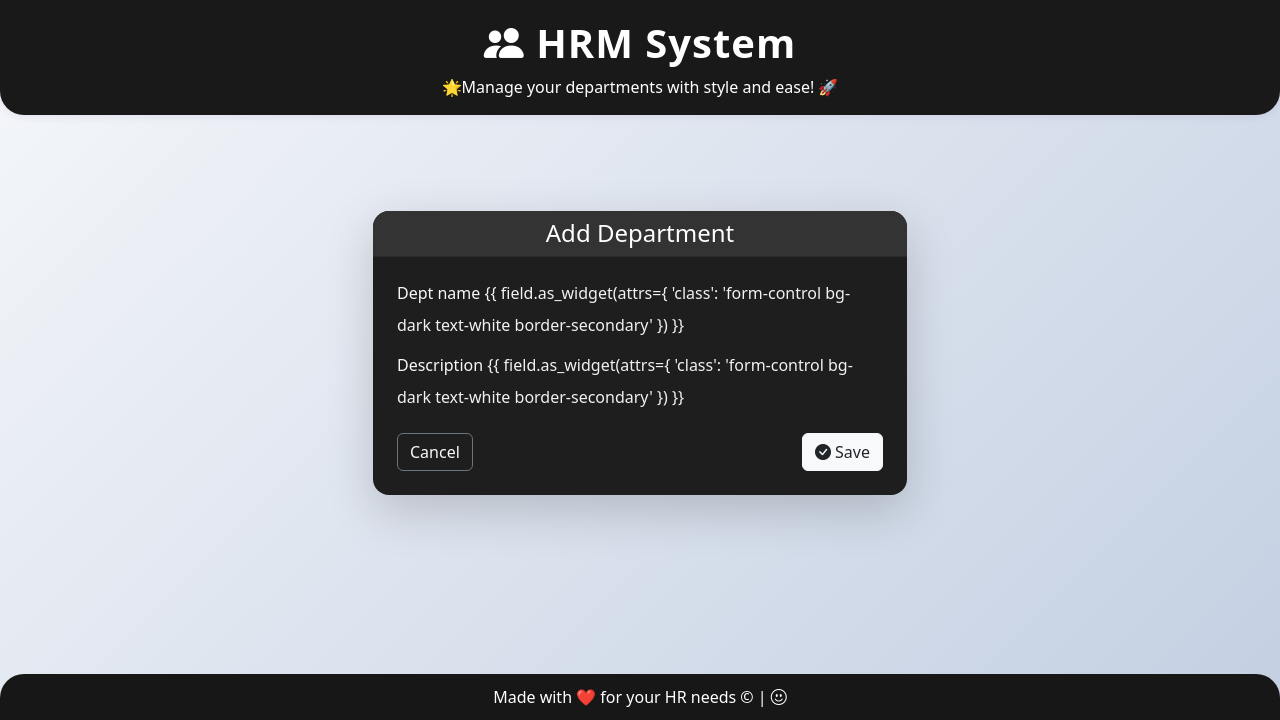
Repository: rtrupti09/HRMS
Page: http://localhost/departments/add/
The author's editor kept a copy of each file at every save. The page is drawn from the files as they stood at one save, then again after the next save.
The browser window is 1280 px wide. The pictures show the whole page.
The page is served by the project's application, run on Django 5.2 (hrm_system/manage.py). The first stored user is signed in. Other server files are loaded and not shown. The page reads the database file committed with the project.

Above is the page before, as saved 2025-06-22 16:02:16.

### hrm_system/templates/department/add_edit.html
{% extends "base.html" %}
{% block content %}
<div class="container py-5">
    <div class="row justify-content-center">
        <div class="col-md-8 col-lg-6">
            <div class="card shadow-lg border-0 rounded-4" style="background-color: #1e1e1e; color: #f1f1f1;">
                <div class="card-header rounded-top-4" style="background-color: #333; color: #ffffff;">
                    <h4 class="mb-0 text-center">
                        {{ form.instance.pk|yesno:"Edit Department,Add Department" }}
                    </h4>
                </div>
                <div class="card-body p-4">
                    <form method="post" novalidate>
                        {% csrf_token %}
                        {% for field in form %}
                            <div class="mb-3">
                                <label for="{{ field.id_for_label }}" class="form-label text-light">{{ field.label }}</label>

                                <!-- Manually insert the field as HTML, with styled class -->
                                {{ field.as_widget(attrs={
                                    'class': 'form-control bg-dark text-white border-secondary'
                                }) }}

                                {% if field.errors %}
                                    <div class="text-danger small mt-1">
                                        {{ field.errors|striptags }}
                                    </div>
                                {% endif %}
                            </div>
                        {% endfor %}

                        <div class="d-flex justify-content-between mt-4">
                            <a href="{% url 'department_dashboard' %}" class="btn btn-outline-light border-secondary">
                                Cancel
                            </a>
                            <button type="submit" class="btn btn-light text-dark">
                                <i class="bi bi-check-circle-fill"></i> Save
                            </button>
                        </div>
                    </form>
                </div>
            </div>
        </div>
    </div>
</div>
{% endblock %}

### hrm_system/templates/base.html
<!-- templates/base.html -->
<!DOCTYPE html>
<html lang="en">
<head>
    <meta charset="UTF-8">
    <title>HRM System</title>
    <meta name="viewport" content="width=device-width, initial-scale=1">
    <link href="https://cdn.jsdelivr.net/npm/bootstrap@5.3.0/dist/css/bootstrap.min.css" rel="stylesheet">
    <link rel="stylesheet" href="https://cdn.jsdelivr.net/npm/bootstrap-icons@1.10.5/font/bootstrap-icons.css">
    <style>
    html, body {
        height: 100%;
        margin: 0;
        display: flex;
        flex-direction: column;
    }

    body {
        background: linear-gradient(135deg, #f5f7fa 0%, #c3cfe2 100%);
    }

    body > .container {
        flex: 1 0 auto;
    }

    .hrm-header {
        background: #19191a;
        color: #fff;
        padding: 1.2rem 0 1rem 0;
        border-radius: 0 0 24px 24px;
        box-shadow: 0 2px 8px rgba(75,0,130,0.08);
        margin-bottom: 2rem;
    }

    .hrm-footer {
        background: #171717;
        color: #fff;
        text-align: center;
        padding: 0.7rem 0;
        border-radius: 24px 24px 0 0;
        font-size: 1rem;
        flex-shrink: 0;
    }
</style>

    {% block extra_head %}{% endblock %}
</head>
<body>
    <div class="hrm-header text-center">
        <h1 style="font-weight:bold; letter-spacing:1px;"><i class="bi bi-people-fill"></i> HRM System</h1>
        <p class="mb-0">🌟Manage your departments with style and ease! 🚀</p>
    </div>
    <div class="container pt-3">
        {% if messages %}
        <div>
            {% for message in messages %}
                <div class="alert alert-{{ message.tags }} alert-dismissible fade show" role="alert">
                    {{ message }}
                    <button type="button" class="btn-close" data-bs-dismiss="alert"></button>
                </div>
            {% endfor %}
        </div>
        {% endif %}
        {% block content %}{% endblock %}
    </div>
    <div class="hrm-footer">
        <span>Made with ❤️ for your HR needs &copy; {{ now|date:'Y' }} | <i class="bi bi-emoji-smile"></i></span>
    </div>
</body>
</html>

### hrm_system/department/forms.py
# department/forms.py
from django import forms
from .models import Department

class DepartmentForm(forms.ModelForm):
    class Meta:
        model = Department
        fields = ['dept_name', 'description']

### hrm_system/department/models.py
# department/models.py
from django.db import models

class Department(models.Model):
    dept_name = models.CharField(max_length=100)
    description = models.CharField(max_length=300)
    created_at = models.DateTimeField(auto_now_add=True)
    updated_at = models.DateTimeField(auto_now=True)
    status = models.BooleanField(default=True)

    def __str__(self):
        return self.dept_name

### hrm_system/department/views.py
# department/views.py
from django.shortcuts import render, redirect, get_object_or_404
from .models import Department
from .forms import DepartmentForm
from django.contrib import messages
from django.contrib.auth.decorators import user_passes_test

def admin_required(view_func):
    return user_passes_test(lambda u: u.is_superuser)(view_func)

@admin_required
def department_dashboard(request):
    departments = Department.objects.all()
    query = request.GET.get("search", "")
    if query:
        departments = departments.filter(dept_name__icontains=query)
    return render(request, "department/dashboard.html", {"departments": departments})

@admin_required
def add_department(request):
    if request.method == "POST":
        form = DepartmentForm(request.POST)
        if form.is_valid():
            form.save()
            messages.success(request, "Department added successfully.")
            return redirect('department_dashboard')
    else:
        form = DepartmentForm()
    return render(request, "department/add_edit.html", {"form": form})

@admin_required
def edit_department(request, dept_id):
    department = get_object_or_404(Department, pk=dept_id)
    if request.method == "POST":
        form = DepartmentForm(request.POST, instance=department)
        if form.is_valid():
            form.save()
            messages.success(request, "Department updated successfully.")
            return redirect('department_dashboard')
    else:
        form = DepartmentForm(instance=department)
    return render(request, "department/add_edit.html", {"form": form})

@admin_required
def delete_department(request, dept_id):
    department = get_object_or_404(Department, pk=dept_id)
    if request.method == "POST":
        department.status = False  # Soft delete
        department.save()
        messages.warning(request, "Department deactivated. Reassign employees before deletion.")
        return redirect('department_dashboard')
    return render(request, "department/confirm_delete.html", {"department": department})

### hrm_system/hrm_system/urls.py
"""
URL configuration for hrm_system project.

The `urlpatterns` list routes URLs to views. For more information please see:
    https://docs.djangoproject.com/en/5.2/topics/http/urls/
Examples:
Function views
    1. Add an import:  from my_app import views
    2. Add a URL to urlpatterns:  path('', views.home, name='home')
Class-based views
    1. Add an import:  from other_app.views import Home
    2. Add a URL to urlpatterns:  path('', Home.as_view(), name='home')
Including another URLconf
    1. Import the include() function: from django.urls import include, path
    2. Add a URL to urlpatterns:  path('blog/', include('blog.urls'))
"""
# hrm_system/urls.py

from django.contrib import admin
from django.urls import path, include
from django.shortcuts import redirect

urlpatterns = [
    path('admin/', admin.site.urls),
    path('departments/', include('department.urls')),
    path('accounts/', include('django.contrib.auth.urls')),  # ✅ Add this line
    path('', lambda request: redirect('department_dashboard')),
]

### hrm_system/department/urls.py
# department/urls.py
from django.urls import path
from . import views

urlpatterns = [
    path('', views.department_dashboard, name='department_dashboard'),
    path('add/', views.add_department, name='add_department'),
    path('edit/<int:dept_id>/', views.edit_department, name='edit_department'),
    path('delete/<int:dept_id>/', views.delete_department, name='delete_department'),
]

### hrm_system/db.sqlite3 (the tables this page reads, as SQL)
CREATE TABLE "auth_user" ("id" integer NOT NULL PRIMARY KEY AUTOINCREMENT, "password" varchar(128) NOT NULL, "last_login" datetime NULL, "is_superuser" bool NOT NULL, "username" varchar(150) NOT NULL UNIQUE, "last_name" varchar(150) NOT NULL, "email" varchar(254) NOT NULL, "is_staff" bool NOT NULL, "is_active" bool NOT NULL, "date_joined" datetime NOT NULL, "first_name" varchar(150) NOT NULL);
INSERT INTO "auth_user" VALUES
(1, 'pbkdf2_sha256$1000000$klXm5yfIOGV7m5jneleXNI$T7tebBIVv4do04abtiFRVLbcZeciDKrjFDq6fdQjkgs=', '2025-06-22 09:39:57.673721', 1, 'admin', '', '', 1, 1, '2025-06-22 09:14:34.032178', '');

After the next save:
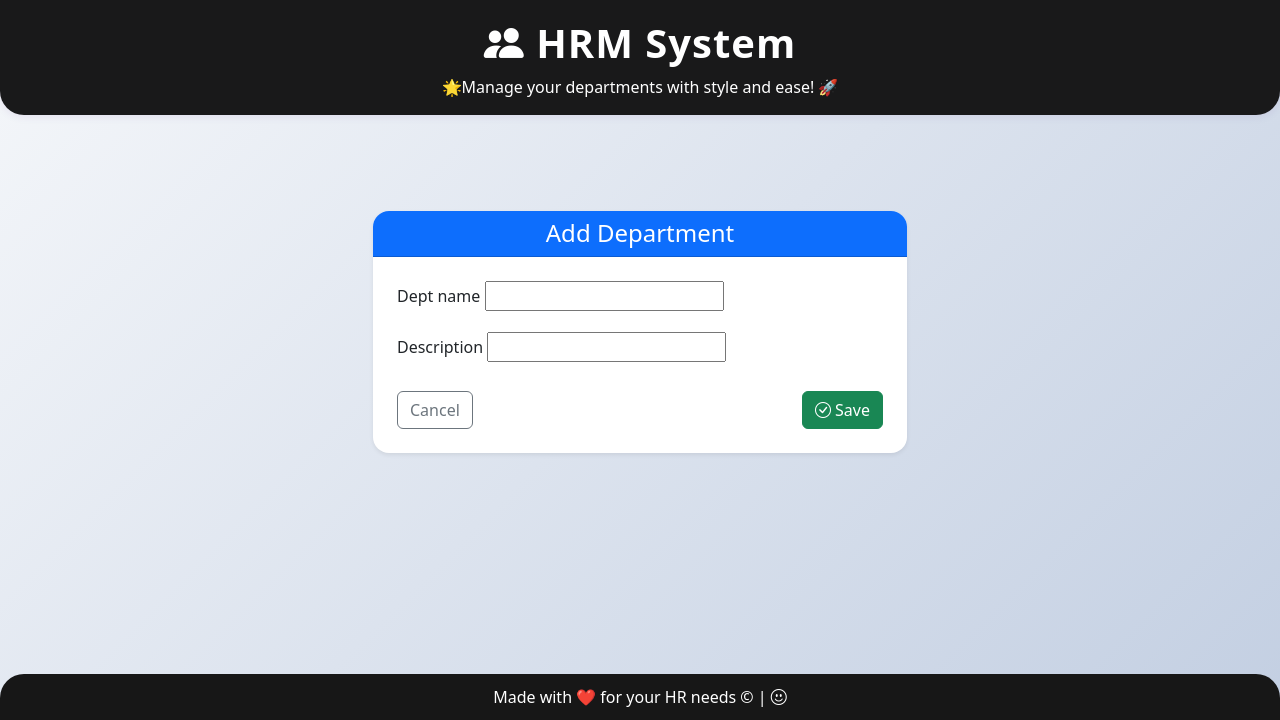
Saved 10 s later.
--- a/hrm_system/templates/department/add_edit.html
+++ b/hrm_system/templates/department/add_edit.html
@@ -3,8 +3,8 @@
 <div class="container py-5">
     <div class="row justify-content-center">
         <div class="col-md-8 col-lg-6">
-            <div class="card shadow-lg border-0 rounded-4" style="background-color: #1e1e1e; color: #f1f1f1;">
-                <div class="card-header rounded-top-4" style="background-color: #333; color: #ffffff;">
+            <div class="card shadow-sm border-0 rounded-4">
+                <div class="card-header bg-primary text-white rounded-top-4">
                     <h4 class="mb-0 text-center">
                         {{ form.instance.pk|yesno:"Edit Department,Add Department" }}
                     </h4>
@@ -14,15 +14,10 @@
                         {% csrf_token %}
                         {% for field in form %}
                             <div class="mb-3">
-                                <label for="{{ field.id_for_label }}" class="form-label text-light">{{ field.label }}</label>
-
-                                <!-- Manually insert the field as HTML, with styled class -->
-                                {{ field.as_widget(attrs={
-                                    'class': 'form-control bg-dark text-white border-secondary'
-                                }) }}
-
+                                <label for="{{ field.id_for_label }}" class="form-label">{{ field.label }}</label>
+                                {{ field }}
                                 {% if field.errors %}
-                                    <div class="text-danger small mt-1">
+                                    <div class="text-danger small">
                                         {{ field.errors|striptags }}
                                     </div>
                                 {% endif %}
@@ -30,11 +25,11 @@
                         {% endfor %}
 
                         <div class="d-flex justify-content-between mt-4">
-                            <a href="{% url 'department_dashboard' %}" class="btn btn-outline-light border-secondary">
+                            <a href="{% url 'department_dashboard' %}" class="btn btn-outline-secondary">
                                 Cancel
                             </a>
-                            <button type="submit" class="btn btn-light text-dark">
-                                <i class="bi bi-check-circle-fill"></i> Save
+                            <button type="submit" class="btn btn-success">
+                                <i class="bi bi-check-circle"></i> Save
                             </button>
                         </div>
                     </form>
